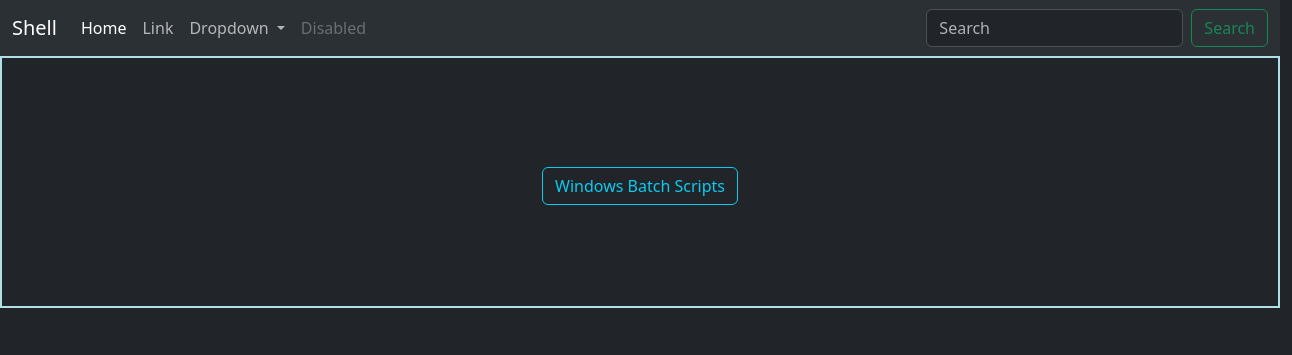
Repository: VictoriousMango/Archive
Page: index.html
The author's editor kept a copy of each file at every save. The page is drawn from the files as they stood at one save, then again after the next save.
The browser window is 1280 px wide. The page is 1280 px wide, then 1292 px, so the pictures cover 1292 px, including what lies to the right of the window. The pictures show the whole page.

Above is the page before, as saved 2024-06-06 00:03:19.

### index.html
<!doctype html>
<html lang="en">
    <head>
        <meta charset="utf-8">
        <meta name="viewport" content="width=device-width, initial-scale=1">
        <title>Bootstrap demo</title>
        <link href="https://cdn.jsdelivr.net/npm/bootstrap@5.3.3/dist/css/bootstrap.min.css" rel="stylesheet" integrity="sha384-QWTKZyjpPEjISv5WaRU9OFeRpok6YctnYmDr5pNlyT2bRjXh0JMhjY6hW+ALEwIH" crossorigin="anonymous">    </head>
    <body data-bs-theme="dark">
        <!-- NavBar -->
        <nav class="navbar navbar-expand-lg bg-body-tertiary ">
            <div class="container-fluid">
                <a href="#" class="navbar-brand" role="button" onclick="Toggling()">Shell</a>
              <button class="navbar-toggler" type="button" data-bs-toggle="collapse" data-bs-target="#navbarSupportedContent" aria-controls="navbarSupportedContent" aria-expanded="false" aria-label="Toggle navigation">
                <span class="navbar-toggler-icon"></span>
              </button>
                <div class="collapse navbar-collapse" id="navbarSupportedContent">
                    <ul class="navbar-nav me-auto mb-2 mb-lg-0">
                    <li class="nav-item">
                        <a class="nav-link active" aria-current="page" href="#">Home</a>
                    </li>
                    <li class="nav-item">
                        <a class="nav-link" href="#">Link</a>
                    </li>
                    <li class="nav-item dropdown">
                        <a class="nav-link dropdown-toggle" href="#" role="button" data-bs-toggle="dropdown" aria-expanded="false">
                        Dropdown
                        </a>
                        <ul class="dropdown-menu">
                        <li><a class="dropdown-item" href="#">Action</a></li>
                        <li><a class="dropdown-item" href="#">Another action</a></li>
                        <li><hr class="dropdown-divider"></li>
                        <li><a class="dropdown-item" href="#">Something else here</a></li>
                        </ul>
                    </li>
                    <li class="nav-item">
                        <a class="nav-link disabled" aria-disabled="true">Disabled</a>
                    </li>
                    </ul>
                    <form class="d-flex" role="search">
                        <input class="form-control me-2" type="search" placeholder="Search" aria-label="Search">
                        <button class="btn btn-outline-success" type="submit">Search</button>
                    </form>
                </div>
            </div>
        </nav>
        <!-- NavBar -->

        <h1 style="text-align : center;   border: 2px solid powderblue; padding: 100px;"><button type="button" class="btn btn-outline-info">Windows Batch Scripts</button></h1>

        <!-- Including JS -->
        <script src="https://cdn.jsdelivr.net/npm/bootstrap@5.3.3/dist/js/bootstrap.bundle.min.js" integrity="sha384-YvpcrYf0tY3lHB60NNkmXc5s9fDVZLESaAA55NDzOxhy9GkcIdslK1eN7N6jIeHz" crossorigin="anonymous"></script>
        <!-- JS for the web page -->
        <script>
            function Toggling() {
                console.log("Clicked the toggle button")
                console.log()
                var element = document.body;
                element.dataset.bsTheme = element.dataset.bsTheme=="light"?"dark":"light"
            }
        </script>
    </body>
</html>

After the next save:
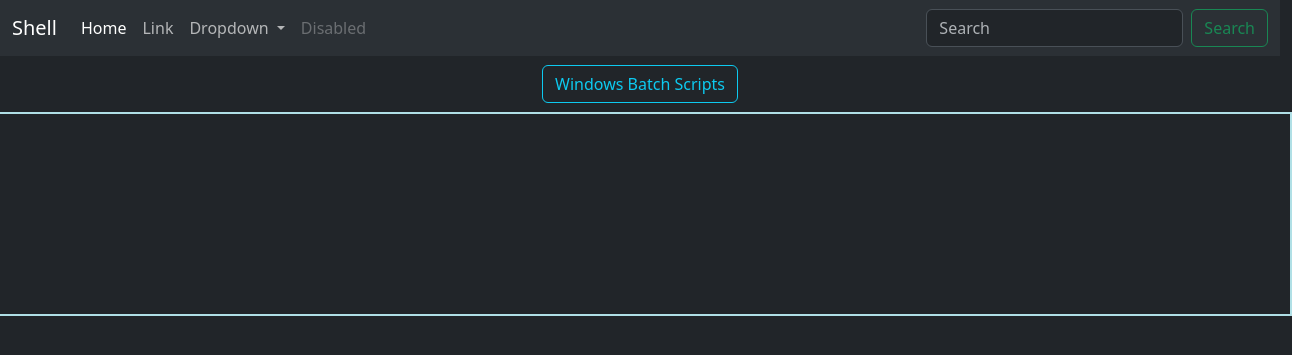
Saved 53 s later.
--- a/index.html
+++ b/index.html
@@ -45,7 +45,12 @@
         </nav>
         <!-- NavBar -->
 
-        <h1 style="text-align : center;   border: 2px solid powderblue; padding: 100px;"><button type="button" class="btn btn-outline-info">Windows Batch Scripts</button></h1>
+        <h1 style="text-align : center;"><button type="button" class="btn btn-outline-info">Windows Batch Scripts</button></h1>
+        <div class="row" style="  border: 2px solid powderblue; padding: 100px;">
+            <div class="col">
+
+            </div>
+        </div>
 
         <!-- Including JS -->
         <script src="https://cdn.jsdelivr.net/npm/bootstrap@5.3.3/dist/js/bootstrap.bundle.min.js" integrity="sha384-YvpcrYf0tY3lHB60NNkmXc5s9fDVZLESaAA55NDzOxhy9GkcIdslK1eN7N6jIeHz" crossorigin="anonymous"></script>
